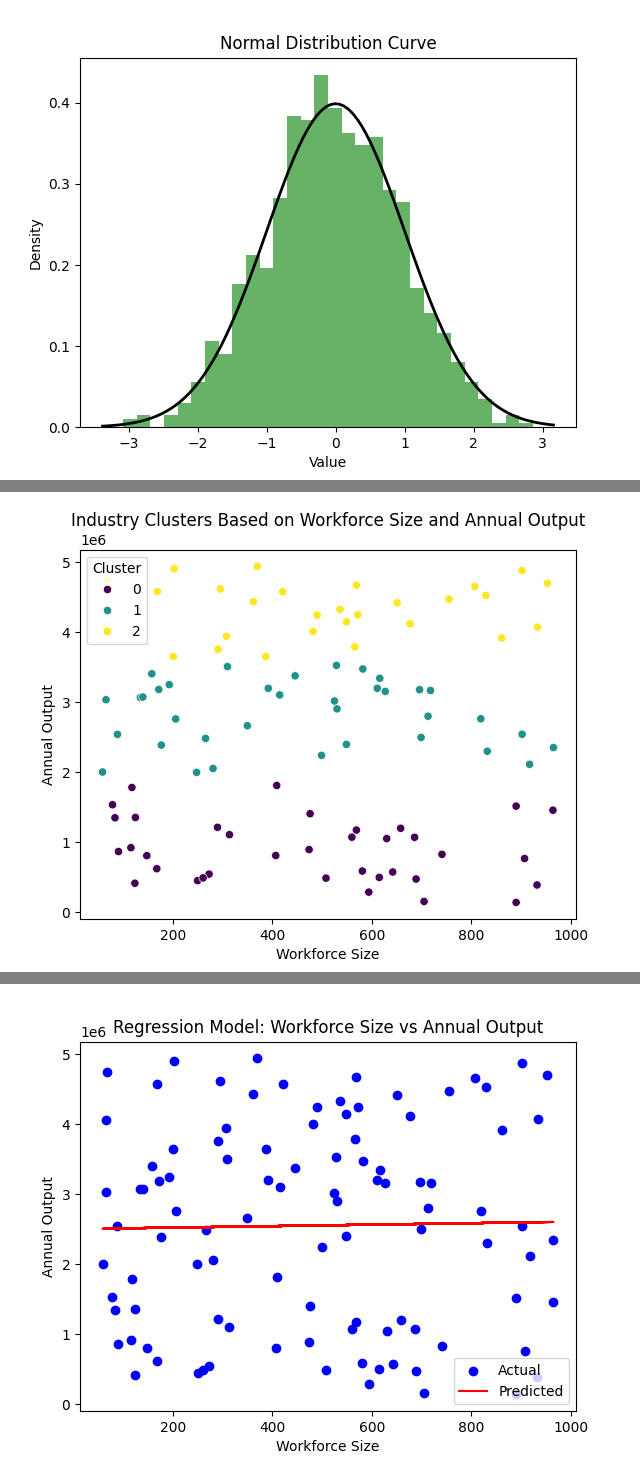
Repository: sjetti5555/GenAi
Script's output: python PresentationData/7Industrypolicyprep.py
An editor plug-in stored every save of this project. The script's output is shown before and after the next save, followed by the edit.
Each picture stacks the figures in order, with grey between them; figures that are only written to a file come last. Random numbers start from a fixed seed.

Above is the script's output before, as saved 2024-10-20 14:47:23.

After the next save:
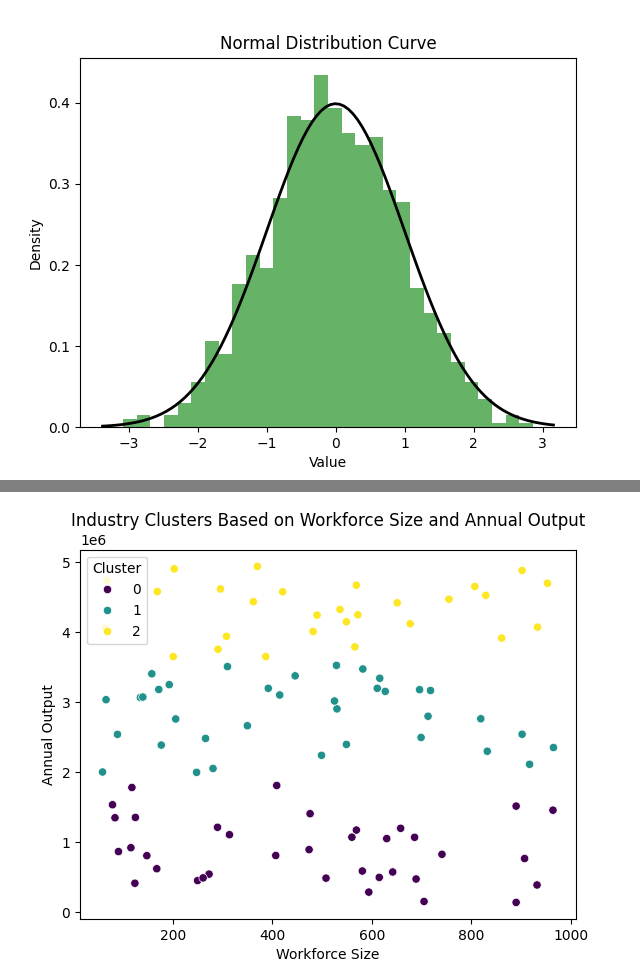
Error (its wording comes from the project's code and is left out).
Saved 28 min 6 s later.
--- a/PresentationData/7Industrypolicyprep.py
+++ b/PresentationData/7Industrypolicyprep.py
@@ -60,12 +60,13 @@
 # Step 6: T-Test
 group1 = df[df['Industry_Type'] == 'Manufacturing']['Annual_Output']
 group2 = df[df['Industry_Type'] == 'IT']['Annual_Output']
+group3 = df[df['Industry_Type'] == 'Agriculture']['Annual_Output']
 
 # Check if groups are not empty before performing T-Test
-if len(group1) > 0 and len(group2) > 0:
-    t_stat, p_value = ttest_ind(group1, group2)
+if len(group1) > 0 and len(group2) > 0 and len(group3) > 0:
+    t_stat, p_value = ttest_ind(group1, group2, group3)
 else:
-    t_stat, p_value = None, None
+    t_stat, p_value = None, None, None
     print("Warning: One of the groups for the T-Test is empty.")
 
 # Step 7: Linear Regression

After the save that followed:
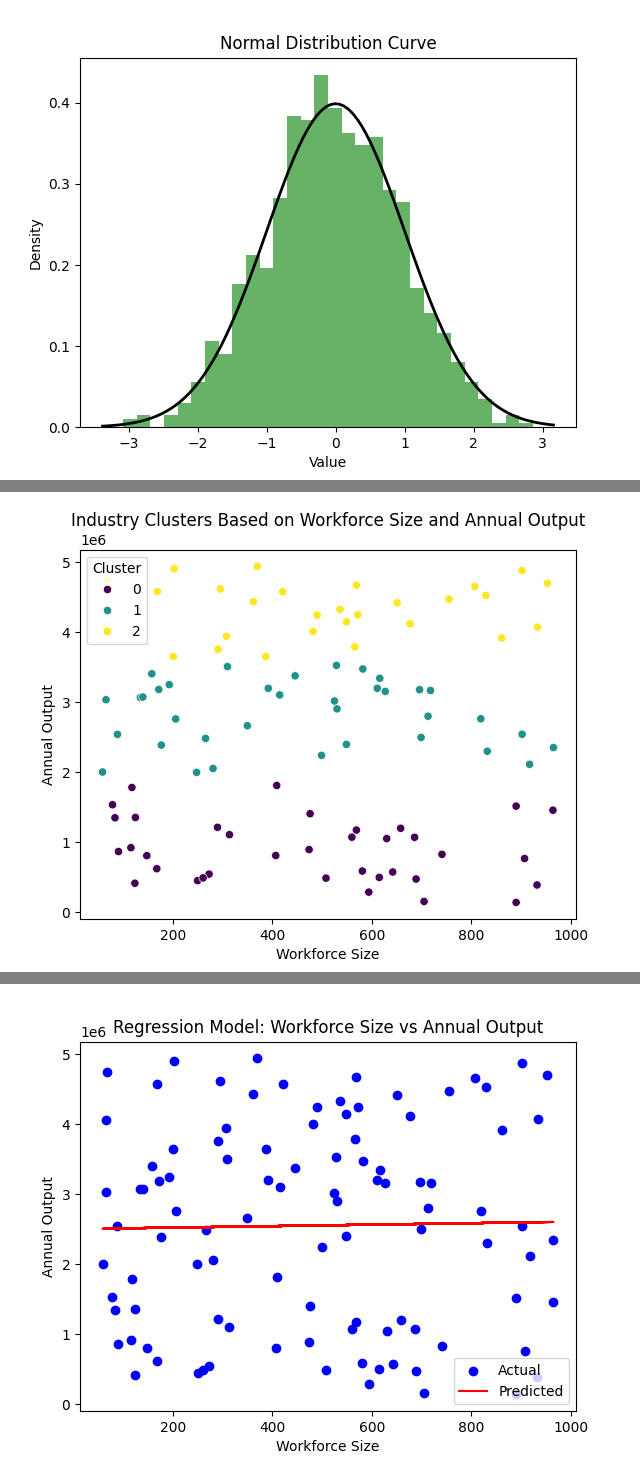
The error is gone.
Saved 58 s later.
--- a/PresentationData/7Industrypolicyprep.py
+++ b/PresentationData/7Industrypolicyprep.py
@@ -60,13 +60,12 @@
 # Step 6: T-Test
 group1 = df[df['Industry_Type'] == 'Manufacturing']['Annual_Output']
 group2 = df[df['Industry_Type'] == 'IT']['Annual_Output']
-group3 = df[df['Industry_Type'] == 'Agriculture']['Annual_Output']
 
 # Check if groups are not empty before performing T-Test
-if len(group1) > 0 and len(group2) > 0 and len(group3) > 0:
-    t_stat, p_value = ttest_ind(group1, group2, group3)
+if len(group1) > 0 and len(group2) > 0:
+    t_stat, p_value = ttest_ind(group1, group2)
 else:
-    t_stat, p_value = None, None, None
+    t_stat, p_value = None, None
     print("Warning: One of the groups for the T-Test is empty.")
 
 # Step 7: Linear Regression
